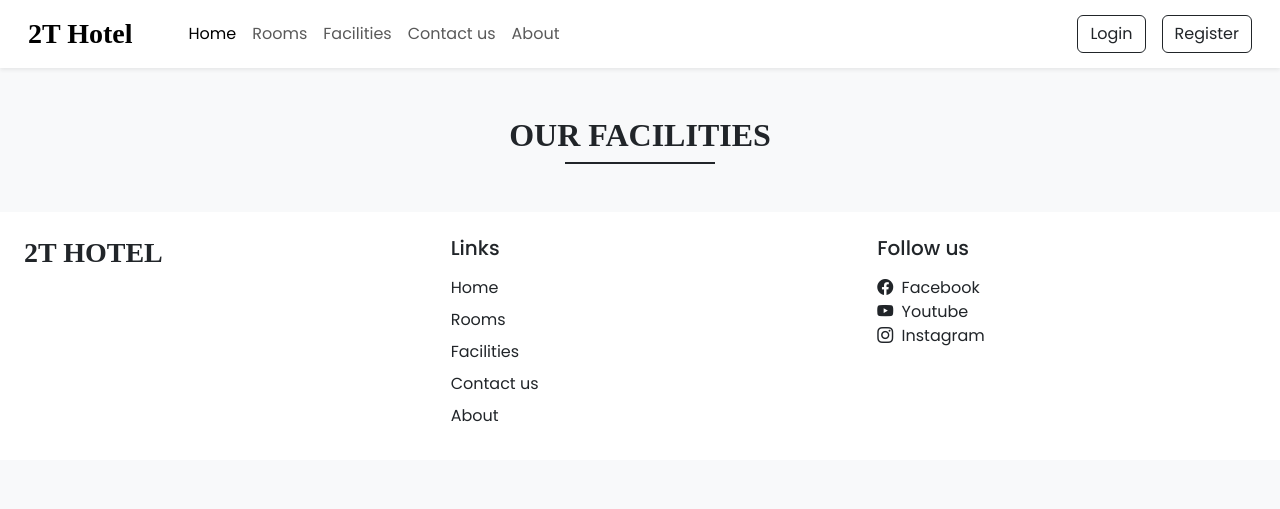
Repository: ntruong0906/desktop-tutorial
Page: http://localhost/facilities.php
The author's editor kept a copy of each file at every save. The page is drawn from the files as they stood at one save, then again after the next save.
The browser window is 1280 px wide. The pictures show the whole page.
Some web fonts or font styles are not loaded; a fallback is used. The page is run by PHP 8.4 with error messages shown; the project is at /var/www/html/.

Above is the page before, as saved 2024-03-17 16:21:09.

After the next save:
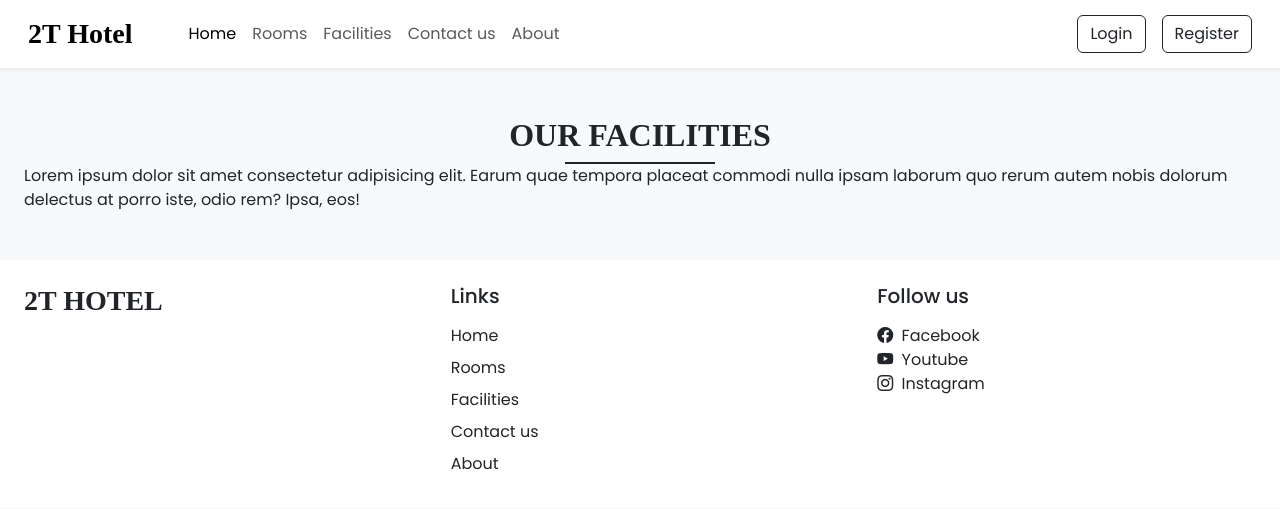
Saved 44 s later.
--- a/WebsiteBookingHotel/facilities.php
+++ b/WebsiteBookingHotel/facilities.php
@@ -24,6 +24,8 @@
     <div class="my-5 px-4">
         <h2 class="fw-bold h-font text-center">OUR FACILITIES</h2>
         <div class="h-line bg-dark"></div>
+        <p>Lorem ipsum dolor sit amet consectetur adipisicing elit. Earum quae tempora placeat commodi nulla ipsam
+            laborum quo rerum autem nobis dolorum delectus at porro iste, odio rem? Ipsa, eos!</p>
     </div>
     <!-- footer -->
     <?php require('inc/footer.php'); ?>
